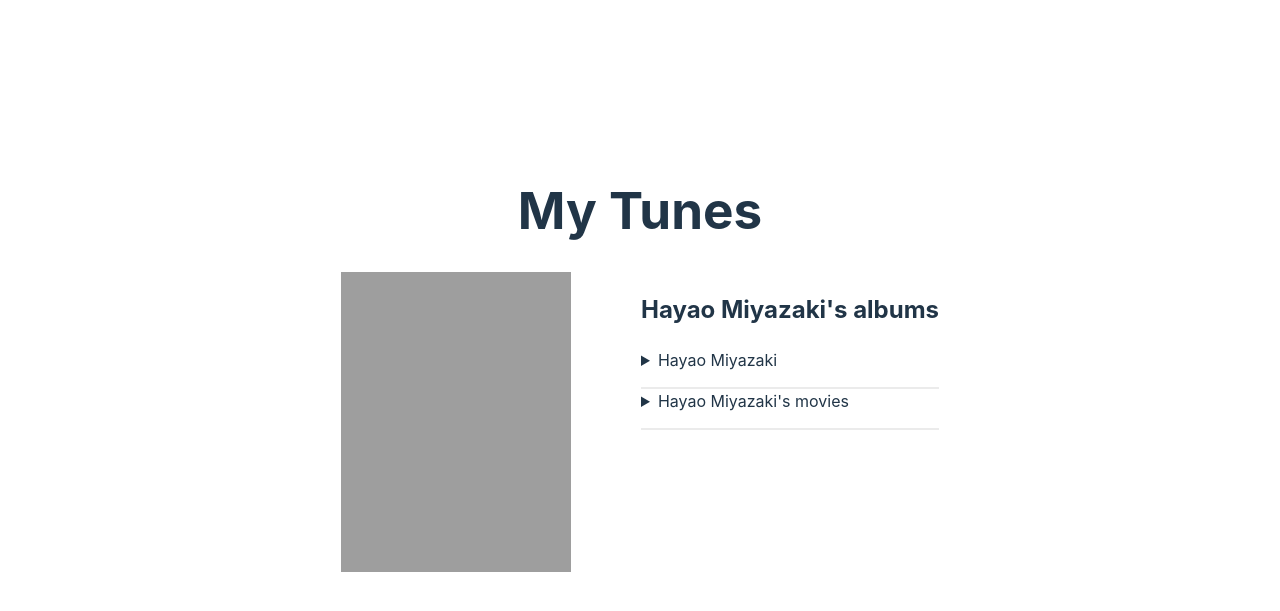
Repository: SamanthaYan298/my_app
Page: /
These files come from the project's save history. The page is drawn as it stood at one moment and after the next save; the edit follows.
The browser window is 1280 px wide. The pictures show the whole page.
Pictures or frames that could not be fetched are drawn as grey boxes. The project was rebuilt for these pictures with package versions that can differ from the ones it lists, and the page was loaded fresh each time. Also part of the build but not shown: vite.config.js.

Above is the page before, as saved 2024-09-14 14:44:25.

### src/App.jsx
import './App.css';

function App() {

  return (
    <>
      <div className='title'>
        <h1>My Tunes</h1>
        <div className="all">
        <div className='photo'>
          <img src="https://www.hollywoodreporter.com/wp-content/uploads/2013/09/hayao_miyazaki_-_h_-_2013.jpg?w=1024" alt="Hayao Miyazaki" height={300} width={230}/>
        </div>
        <div>
          <h2>Hayao Miyazaki's albums</h2>
          <details className='categories'>
            <summary>Hayao Miyazaki</summary>
            <ol>
              <li>Japanese animator</li>
              <li>Filmmaker</li>
              <li>Manga artist</li>
              <li>A founder of Studio Ghibli</li>
              <li>Oscar awards: 89 wins & 62 nominations</li>
            </ol>
          </details>
          <details className='categories'>
            <summary className='open'>Hayao Miyazaki's movies</summary>
            <ol>
              <li>Castle in the Sky</li>
              <li>Kiki's Delivery Service</li>
              <li>Howl's Moving Castle</li>
              <li>Princess Mononoke</li>
              <li>Spirited Away</li>
            </ol>
          </details>
        </div>
      </div>
      </div>
    </>
  )
}

export default App

### src/App.css
#root {
  margin: 0 auto;
  padding: 1rem;
  text-align: left;
}

.photo,
.all {
  display: flex;
  flex-direction: row;
  justify-content: space-between;
  gap: 70px;
  text-align: left;
}

.title {
  text-align: center;
}

.categories {
  border-bottom: 2px solid rgb(235, 235, 235);
  padding-bottom: 15px;
}

.categories[open] summary{
  padding: 15px;
  background-color: rgb(235, 235, 235);
}

.categories > ol {
  background-color: none;
}

Loaded but not shown: index.html (common file); src/main.jsx (common file); src/index.css (common file)

After the next save:
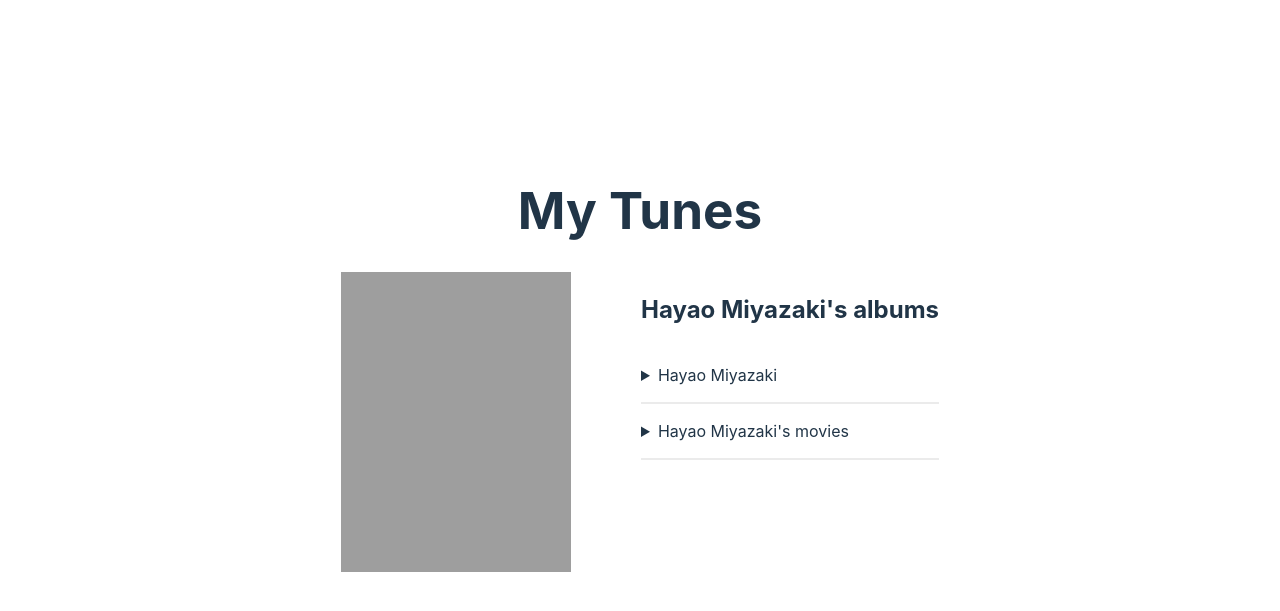
Saved 18 s later.
--- a/src/App.css
+++ b/src/App.css
@@ -19,7 +19,7 @@
 
 .categories {
   border-bottom: 2px solid rgb(235, 235, 235);
-  padding-bottom: 15px;
+  padding: 15px 0 15px 0;
 }
 
 .categories[open] summary{
